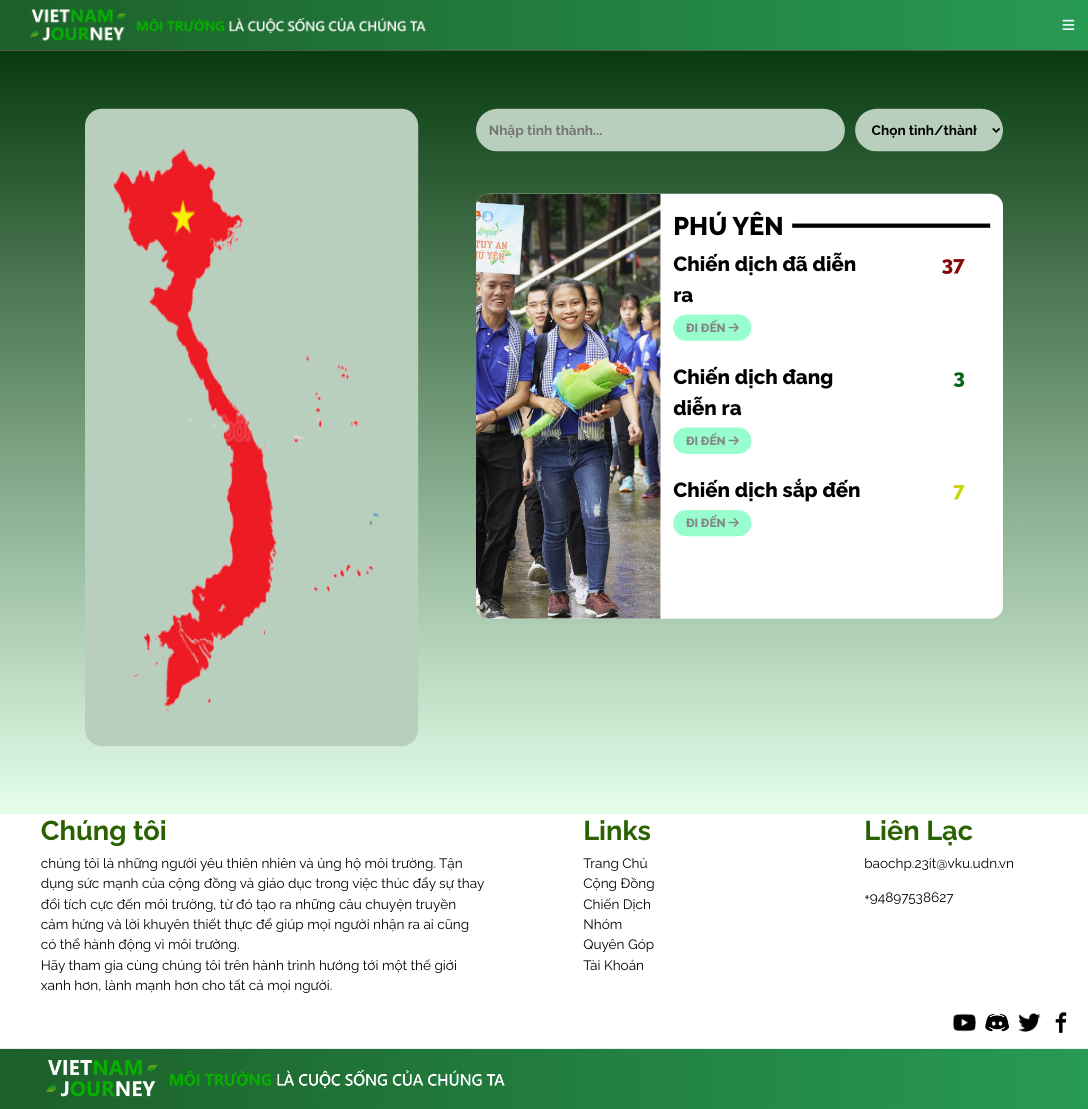
Repository: Boima12/Boima12.github.io_VietnamJourney
Page: HTML/ChienDich/ChienDich.html
The author's editor kept a copy of each file at every save. The page is drawn from the files as they stood at one save, then again after the next save.
The browser window is 1280 px wide. The pictures show the whole page, at 85% of full size.

Above is the page before, as saved 2024-05-25 08:36:17.

### HTML/ChienDich/ChienDich.html
<!DOCTYPE html>
<HTML lang="en">

<HEAD>
    <TITLE>Chiến Dịch</TITLE>
    <meta charset="UTF-8">
    <meta name="viewport" content="width=device-width, initial-scale=1.0">

    <!-- Favicon -->
    <link rel="icon" type="image/x-icon" href="../../Images/yo.ico">

    <!--Bootstrap 5-->
    <link href="https://cdn.jsdelivr.net/npm/bootstrap@5.3.3/dist/css/bootstrap.min.css" rel="stylesheet">
    <script src="https://cdn.jsdelivr.net/npm/bootstrap@5.3.3/dist/js/bootstrap.bundle.min.js"></script>
    <!-- <link rel="stylesheet" href="https://cdn.jsdelivr.net/npm/bootstrap@4.6.2/dist/css/bootstrap.min.css" integrity="sha384-xOolHFLEh07PJGoPkLv1IbcEPTNtaed2xpHsD9ESMhqIYd0nLMwNLD69Npy4HI+N" crossorigin="anonymous"> -->
    <!-- Font Awesome -->
    <link rel="stylesheet" href="https://cdnjs.cloudflare.com/ajax/libs/font-awesome/6.5.1/css/all.min.css">

    <!-- CSS -->
    <link rel="stylesheet" href="ChienDich.css">
</HEAD>



<BODY style="background-color: #FFF4E6;">

    <!-- header là Navigation bar -->
    <header id="header1">
        <div class="logo">
            <img class="logo1" src="../../Images/header1.png" onclick="navToIntro()" style="height: 40px;">
            <img class="logo2" src="../../Images/header2.png" onclick="navToIntro()">
        </div>

        <div class="links">
            <nav>
                <a href="../TrangChu/TrangChu.html">TRANG CHỦ</a>
                <a href="../CongDong/CongDong.html">CỘNG ĐỒNG</a>
                <a href="../ChienDich/ChienDich.html">CHIẾN DỊCH</a>
                <a href="../Nhom/Nhom.html">NHÓM</a>
                <a href="../QuyenGop/QuyenGop.html">QUYÊN GÓP</a>
                <a href="../TaiKhoan/TaiKhoan.html">TÀI KHOẢN</a>
            </nav>
        </div>

        <div class="bar" onclick="MenuBar()">
            <i class="fa-solid fa-bars"></i>
        </div>

        <div id="overlay"></div>

        <div id="sidebar">
            <div class="sidebar-content">

                <div style="color: aliceblue;text-align: right;margin-top:0;" onclick="CloseBar()"><i
                        class="fa-solid fa-bars"></i></div>

                <!-- <p>VỀ CHÚNG TÔI <i class="fa-regular fa-address-card"></i></p> -->
                <a href="../TrangChu/TrangChu.html">TRANG CHỦ <i class="fa-solid fa-house"></i></a>
                <a href="../CongDong/CongDong.html">CỘNG ĐỒNG <i class="fa-solid fa-earth-americas"></i></a>
                <a href="../ChienDich/ChienDich.html">CHIẾN DỊCH <i class="fa-solid fa-fire"></i></a>
                <a href="../Nhom/Nhom.html">NHÓM <i class="fa-solid fa-people-group"></i></a>
                <a href="../QuyenGop/QuyenGop.html">QUYÊN GÓP <i class="fa-solid fa-hand-holding-dollar"></i></a>
                <a href="../TaiKhoan/TaiKhoan.html">TÀI KHOẢN <i class="fa-solid fa-user"></i></a>
            </div>

        </div>

    </header>
    <div style="height: 3rem;"></div> <!-- Cách một khoảng cho navigation bar -->















<!-- LÀM Ở ĐÂY -->
    <div class="section-one">
        <div class="container">
            <div class="row">
                <div class="col-xl-5  col-lg-5 col-md-12 col-sm-12 col-12">
                    <div class="map">
                        <img src="./images/bando.png" alt="bản đồ việt nam">
                    </div>
                </div>
                <div class="col-xl-7 col-lg-7 col-md-12 col-sm-12 col-12">
                    <div class="right">
                        <div class="search">
                            <input type="search" class="inner-search" placeholder="Nhập tỉnh thành...">
                            <select id="province" name="province" required>
                                <option value="" selected disabled>Chọn tỉnh/thành</option>
                            </select>
                        </div>
                        <div class="content">
                            <img src="./images/anh1.jpg" alt="">
                            <div class="inner-content">
                                <div class="inner-title">
                                    <div class="inner-text">PHÚ YÊN</div>
                                    <div class="inner-line"></div>
                                </div>
                                <div class="part">
                                    <div class="inner-content">
                                        <div class="inner-title">Chiến dịch đã diễn ra</div>
                                        <div class="inner-button">ĐI ĐẾN <i class="fa-solid fa-arrow-right"></i></div>
                                    </div>
                                    <div class="inner-count red">37</div>
                                </div>
                                <div class="part">
                                    <div class="inner-content">
                                        <div class="inner-title">Chiến dịch đang diễn ra</div>
                                        <div class="inner-button">ĐI ĐẾN <i class="fa-solid fa-arrow-right"></i></div>
                                    </div>
                                    <div class="inner-count green">3</div>
                                </div>
                                <div class="part">
                                    <div class="inner-content">
                                        <div class="inner-title">Chiến dịch sắp đến</div>
                                        <div class="inner-button">ĐI ĐẾN <i class="fa-solid fa-arrow-right"></i></div>
                                    </div>
                                    <div class="inner-count yellow">7</div>
                                </div>
                            </div>
                        </div>
                    </div>
                </div>
            </div>
        </div>
    </div>















    <footer>
        <div class="up">
            <div id="about">
                <h2>Chúng tôi</h2>
                <p>chúng tôi là những người yêu thiên nhiên và ủng hộ môi trường. Tận dụng sức mạnh của cộng đồng và giáo dục trong việc thúc đẩy sự thay đổi tích cực đến môi trường, từ đó tạo ra những câu chuyện truyền cảm hứng và lời khuyên thiết thực để giúp mọi người nhận ra ai cũng có thể hành động vì môi trường.<br>
                    Hãy tham gia cùng chúng tôi trên hành trình hướng tới một thế giới xanh hơn, lành mạnh hơn cho tất cả mọi người.
                </p>
            </div>

            <div id="quickLinks">
                <h2>Links</h2>
                <a href="../../HTML/TrangChu/TrangChu.html">Trang Chủ</a>
                <a href="../../HTML/CongDong/CongDong.html">Cộng Đồng</a>
                <a href="../../HTML/ChienDich/ChienDich.html">Chiến Dịch</a>
                <a href="../../HTML/Nhom/Nhom.html">Nhóm</a>
                <a href="../../HTML/QuyenGop/QuyenGop.html">Quyên Góp</a>
                <a href="../../HTML/TaiKhoan/TaiKhoan.html">Tài Khoản</a>
            </div>

            <div id="contacts">
                <h2>Liên Lạc</h2>
                <p>baochp.23it@vku.udn.vn</p>
                <p>+94897538627</p>
            </div>
        </div>


        <div class="mid">
            <a href="https://www.youtube.com/channel/UC1cpkfqLNp6I1HgNy2MUhUg"><img src="../../Images/youtube_icon.png"></a>
            <a href="https://discord.com/invite/45fkbZcj"><img src="../../Images/discord_icon.png"></a>
            <a href="https://x.com/dog_rates"><img src="../../Images/twitter_icon.png"></a>
            <a href="https://web.facebook.com/vku.udn.vn/?_rdc=1&_rdr"><img src="../../Images/facebook_icon.png"></a>
        </div>


        <div class="bot">
            <img class="logo1" src="../../Images/header1.png">
            <img class="logo2" src="../../Images/header2.png">
        </div>
    </footer>


    <!-- JavaScript -->
    <script src="../../Script/ChienDich.js"></script>
    <noscript>Your Browser doesn't support JavaScript</noscript>

</BODY>

</HTML>

### HTML/ChienDich/ChienDich.css
/* IMPORTING */
@font-face {
    font-family: Raleway;
    src: url("../../Fonts/Raleway-VariableFont_wght.ttf");
}

/* END IMPORTING */

/*BASE*/
* {
    box-sizing: border-box;
}

:root {
    --color-bg: #05390C;
    --color-green: #00FF0A;
    --color-text: #000000;
    --color-desc: #868686;
  }

body {
    color: var(--color-text);
}

.container {
    max-width: 100%;
    padding-left: 100px;
    padding-right: 100px;
}

/*BASE*/

/* Loại bỏ margin - padding global */
* {
    margin: 0px;
    padding: 0px;
}


/* global font */
* {
    font-family: Raleway;
}



/* NAVIGATION BAR */
header {
    display: flex;
    align-items: center;
    justify-content: space-between;
    position: fixed;
    width: 100%;
    height: 60px;
    border-bottom: 1.5px solid rgb(97, 94, 94);
    background: linear-gradient(to right, rgb(29, 96, 42), rgb(39, 154, 83));
    z-index: 999;
}


header div.logo img {
    width: auto;
    height: 2.9rem;
    /* margin-left: 3rem; */
}

header div.logo img.logo1 {
    display: block;
    padding-left: 10px;
    margin: 20px;
}

header div.logo img.logo2 {
    display: none;
}


header div.links nav {
    display: flex;
    justify-content: space-around;
    width: 100%;
}


header div.links nav a {
    margin: 0;
    padding: 0 1rem;

    cursor: pointer;

    text-decoration: none;
    color: white;
    font-size: 16px;
    font-weight: 600;
}


header div.links nav a:hover {
    color: #b8e994;
}


header div.bar {
    display: none;
    margin-right: 1rem;

    color: aliceblue;
    text-align: right;
}


header #overlay {
    display: none;
    position: fixed;

    top: 0;
    left: 0;
    width: 100%;
    height: 100%;

    background-color: rgba(0, 0, 0, 0.8);

    z-index: 9999;
}


header #sidebar {
    display: flex;
    justify-content: flex-end;
    float: right;

    position: fixed;

    top: 0;
    right: -20%;
    width: 20%;
    height: 100%;
    border: none;
    overflow: hidden;

    background: linear-gradient(to top, rgb(37, 79, 46), rgb(53, 189, 105));

    transition: right 0.3s ease-in-out;
    z-index: 10000;

}


header #sidebar.open {
    right: 0;
}


header #sidebar div.sidebar-content {
    display: flex;
    flex-direction: column;
    overflow-y: auto;
    overflow-x: hidden;
    padding: 1.5rem;
    width: 100%;
}


header #sidebar div.sidebar-content a {
    text-align: right;
    text-decoration: none;
    font-size: 1.2rem;

    color: aliceblue;
    margin-top: 1.5rem;

    margin-right: 0;
}


header #sidebar div.sidebar-content a:hover {
    color: #b8e994;
}


header #sidebar div.sidebar-content i {
    font-size: smaller;
}

/* END NAVIGATION BAR */

/* SECTION-ONE */
.section-one {
    background-image: linear-gradient(to bottom, #05390C, #E5FFEB);
    padding-top: 80px;
    padding-bottom: 80px;
}

.map {
    width: 90%;
    position: relative;
    border-radius: 20px;
    max-width: 100%;
    overflow: hidden;
    height: 750px;
    object-fit: cover;
    background-color: #b9cfbe ;
}

.map img {
    width: 100%;
    height: 100%;
}

.right {
    height: 700px;
}

.right .search {
    height: 50px;
    margin-bottom: 50px;
    display: flex;
    justify-content: space-between;
}

.right .search .inner-search {
    background-color: #B9CFBE;
    height: 100%;
    width: 70%;
    border-radius: 40px;
    border: none;
    padding: 5px 15px 5px 15px;
    font-size: 16px;
    font-weight: 700;
}

.right .search #province {
    background-color: #B9CFBE;
    height: 100%;
    width: 28%;
    border-radius: 40px;
    border: none;
    padding: 5px 15px 5px 15px;
    font-size: 16px;
    font-weight: 700;
}

.right .content {
    display: flex;
    border-radius: 15px;
    overflow: hidden;
    height: 500px;
    background-color: white;
}

.right .content img {
    width: 35%;
    height: auto;
    object-fit: cover;
}

.right .content .inner-content {
    width: 65%;
    padding: 15px;
}

.right .content .inner-content .inner-title {
    width: 100%;
    font-size: 30px;
    font-weight: 800;
    display: flex;
    align-items: center;
    margin-bottom: 5px;
}

.right .content .inner-content .inner-title .inner-text {
    display: inline-block;
}

.right .content .inner-content .inner-title .inner-line {
    flex-grow: 1;
    position: relative;
    height: 5px;
    background-color: #000000;
    line-height: 100%;
    margin-left: 10px;
}

.right .content .inner-content .part {
    width: 100%;
    display: flex;
    justify-content: space-between;
    margin-bottom: 25px;
}

.right .content .inner-content .part .inner-content {
    padding: 0;
}

.right .content .inner-content .part .inner-content .inner-title{
    font-size: 24px;
}

.right .content .inner-content .part .inner-content .inner-button {
    font-size: 14px;
    font-weight: 800;
    color: var(--color-desc);
    background-color: #98FECD;
    display: inline-block;
    padding: 5px 15px 5px 15px;
    border-radius: 20px;
}

.right .content .inner-content .part .inner-count {
    font-size: 24px;
    font-weight: 800;
    text-align: center;
    margin-right: 30px;
}

.right .content .inner-content .part .red {
    color: #880707;
}

.right .content .inner-content .part .green {
    color: #086214;
}

.right .content .inner-content .part .yellow {
    color: #c9d705;
}

/* END SECTION-ONE */











































/* Code CSS ở đây */






































/* FOOTER */
footer div.up {
    display: flex;
    justify-content: space-around;
    gap: 1.2rem;
    width: 100%;

    background-color: white;

}


footer div.up h2 {
    font-weight: bold;
    color: #2B6200;
}


footer div.up #about {
    display: flex;
    flex-direction: column;
    justify-content: flex-start;

    width: 50%;
    padding-left: 3rem;
    padding-right: 3rem;
}


footer div.up #quickLinks {
    display: flex;
    flex-direction: column;
    justify-content: flex-start;

    width: 25%;
    padding-left: 3rem;
    padding-right: 3rem;
}


footer div.up #quickLinks a {
    text-decoration: none;
    color: black;
}


footer div.up #contacts {
    display: flex;
    flex-direction: column;
    justify-content: flex-start;

    width: 25%;
    padding-left: 3rem;
    padding-right: 3rem;
}


footer div.mid {
    display: flex;
    justify-content: flex-end;
    gap: 0.5rem;

    width: 100%;
    padding-right: 1rem;
    padding-bottom: 1rem;
    background-color: white;
}


footer div.mid a img {
    width: 30px;
    height: 30px;
}


footer div.bot {
    display: flex;
    justify-content: flex-start;

    padding-left: 3rem;
    padding-top: 0.75rem;
    padding-bottom: 0.75rem;
    width: 100%;

    background: linear-gradient(to right, rgb(29, 96, 42), rgb(39, 154, 83));
}


footer div.bot img {
    width: auto;
    height: 2.9rem;
}


footer div.bot img.logo1 {
    display: block;
}


footer div.bot img.logo2 {
    display: none;
}


/* END FOOTER */













/* RESPONSIVE DESIGN */
@media (max-width: 1380px) {
    header div.links nav a {
        display: none;
    }

    header div.bar  {
        display: block;
    }

    header #sidebar {
        right: -30%;
        width: 30%;
    }
}


@media (max-width: 950px) {
    footer div.up {
        flex-direction: column;
    }

    footer div.up #about {
        width: 100%;
    }

    footer div.up #quickLinks {
        width: 100%;
    }

    footer div.up #contacts {
        width: 100%;
    }
}


@media (max-width: 630px) {
    header {
        height: 3.5rem;
    }

    header div.logo img.logo1 {
        display: none;
    }

    header div.logo img.logo2 {
        display: block;
    }

    header div.logo img {
        width: auto;
        height: 3.5rem;
        margin-left: 14rem;
    }

    header #sidebar {
        right: -50%;
        width: 50%;
    }

    footer div.bot {
        justify-content: center;
        padding-left: 0rem;
    }

    footer div.bot img {
        height: 3.5rem;
    }

    footer div.bot img.logo1 {
        display: none;
    }

    footer div.bot img.logo2 {
        display: block;
    }
}


@media (max-width: 560px) {
    header div.logo img {
        margin-left: 8rem;
    }

    header #sidebar {
        right: -60%;
        width: 60%;
    }
}


@media (max-width: 320px) {
    header div.logo img {
        margin-left: 5rem;
    }
}

/* END RESPONSIVE DESIGN */

### Script/ChienDich.js
// header menu bar
const overlay = document.getElementById('overlay');
const sidebar = document.getElementById('sidebar');

function MenuBar() {
    overlay.style.display = 'block';
    sidebar.classList.add('open');
}

function CloseBar() {
    overlay.style.display = 'none';
    sidebar.classList.remove('open');
}


// back to intro when click the logo
function navToIntro() {
    window.location.href = '../../index.html';
}


// navigation bar background transparency
// const header = document.getElementById('header1');
// function toggle_header() {
//     if (window.screenY == 0) {
//         header.style.background = 'linear-gradient(to right, rgba(29, 96, 42, 0), rgba(39, 154, 83, 0))';
//     } else if (window.screenY < 210) {
//         header.style.background = 'linear-gradient(to right, rgba(29, 96, 42, ' + parseInt(window.scrollY)*2 / 300 + '), rgba(39, 154, 83, ' + parseInt(window.scrollY)*2 / 300 + '))';
//     } else {
//         header.style.background = 'linear-gradient(to right, rgba(29, 96, 42, 0.7), rgba(39, 154, 83, 0.7))';
//     }
// }

// window.addEventListener('scroll', toggle_header);


const provinces = [
    "An Giang", "Bà Rịa - Vũng Tàu", "Bắc Giang", "Bắc Kạn", "Bạc Liêu",
    "Bắc Ninh", "Bến Tre", "Bình Định", "Bình Dương", "Bình Phước",
    "Bình Thuận", "Cà Mau", "Cần Thơ", "Cao Bằng", "Đà Nẵng",
    "Đắk Lắk", "Đắk Nông", "Điện Biên", "Đồng Nai", "Đồng Tháp",
    "Gia Lai", "Hà Giang", "Hà Nam", "Hà Nội", "Hà Tĩnh",
    "Hải Dương", "Hải Phòng", "Hậu Giang", "Hòa Bình", "Hưng Yên",
    "Khánh Hòa", "Kiên Giang", "Kon Tum", "Lai Châu", "Lâm Đồng",
    "Lạng Sơn", "Lào Cai", "Long An", "Nam Định", "Nghệ An",
    "Ninh Bình", "Ninh Thuận", "Phú Thọ", "Phú Yên", "Quảng Bình",
    "Quảng Nam", "Quảng Ngãi", "Quảng Ninh", "Quảng Trị", "Sóc Trăng",
    "Sơn La", "Tây Ninh", "Thái Bình", "Thái Nguyên", "Thanh Hóa",
    "Thừa Thiên Huế", "Tiền Giang", "TP Hồ Chí Minh", "Trà Vinh",
    "Tuyên Quang", "Vĩnh Long", "Vĩnh Phúc", "Yên Bái"
];

const select = document.getElementById('province');

provinces.forEach(province => {
    const option = document.createElement('option');
    option.value = province;
    option.textContent = province;
    select.appendChild(option);
});

After the next save:
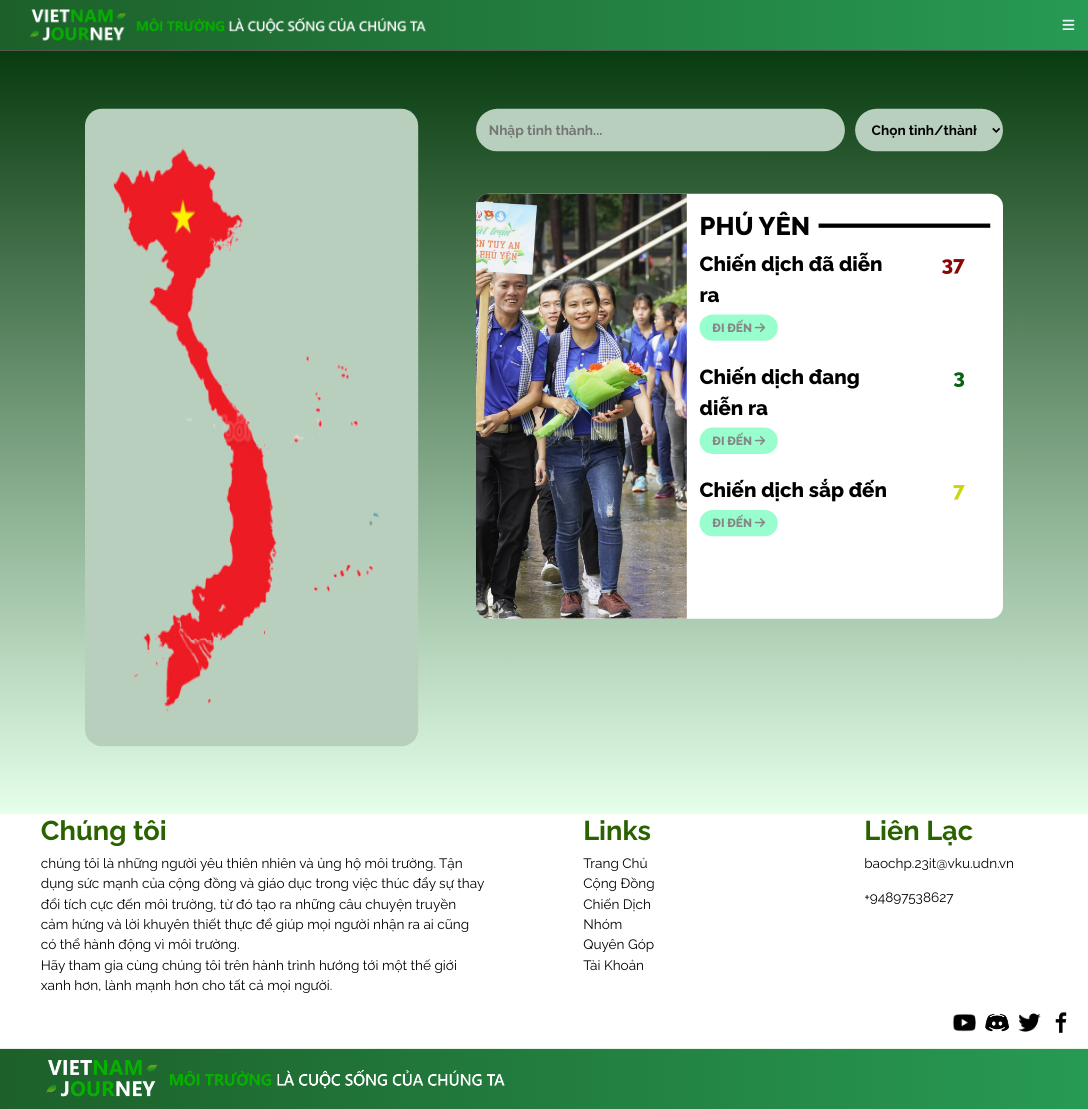
Saved 10 s later.
--- a/HTML/ChienDich/ChienDich.css
+++ b/HTML/ChienDich/ChienDich.css
@@ -249,7 +249,7 @@ header #sidebar div.sidebar-content i {
 }
 
 .right .content img {
-    width: 35%;
+    width: 40%;
     height: auto;
     object-fit: cover;
 }
